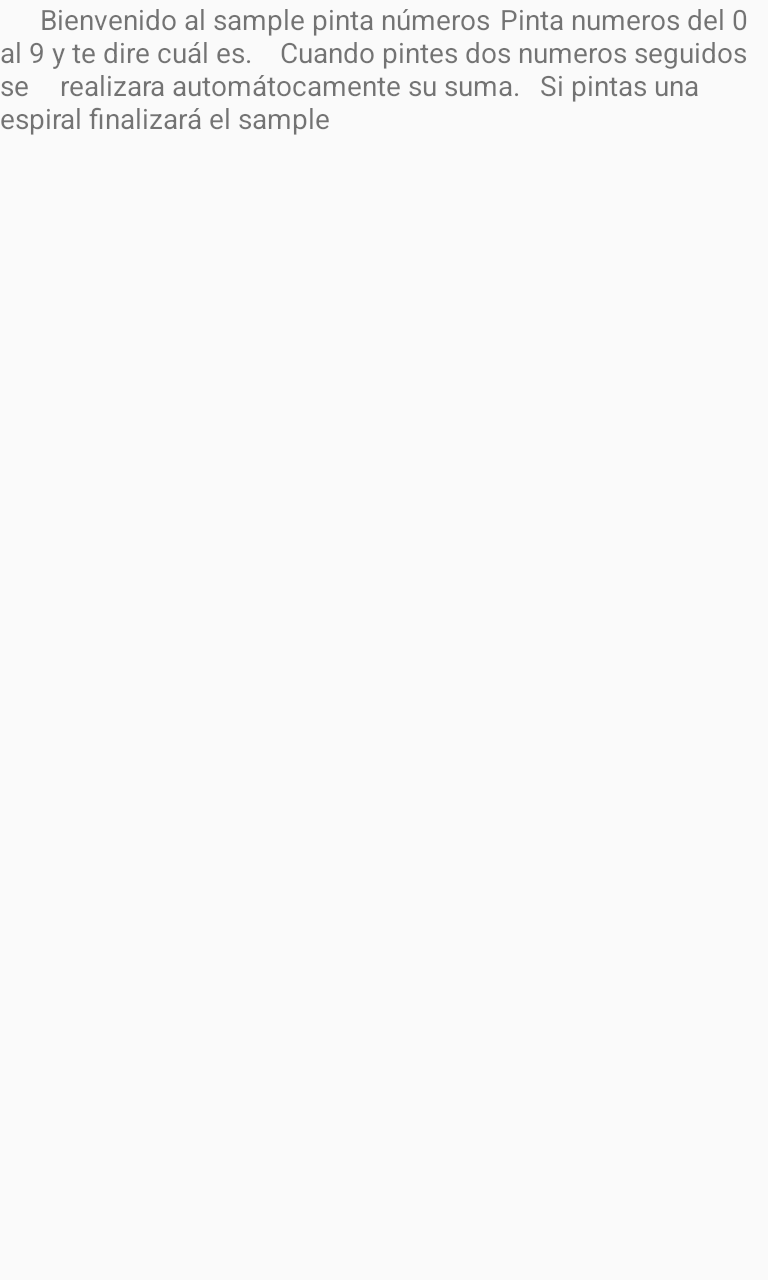
Repository: Jick9536/NPI-P3
Layout: Gesto2/res/layout/activity_main_activity2.xml
An editor plug-in stored every save of this project. The layout is shown before and after the next save, followed by the edit.
It is drawn on a 768 x 1280 px phone screen (xhdpi) without system bars, with theme AppTheme; the app's code is not run.

Above is the layout before, as saved 2015-01-03 19:02:19.

After the next save:
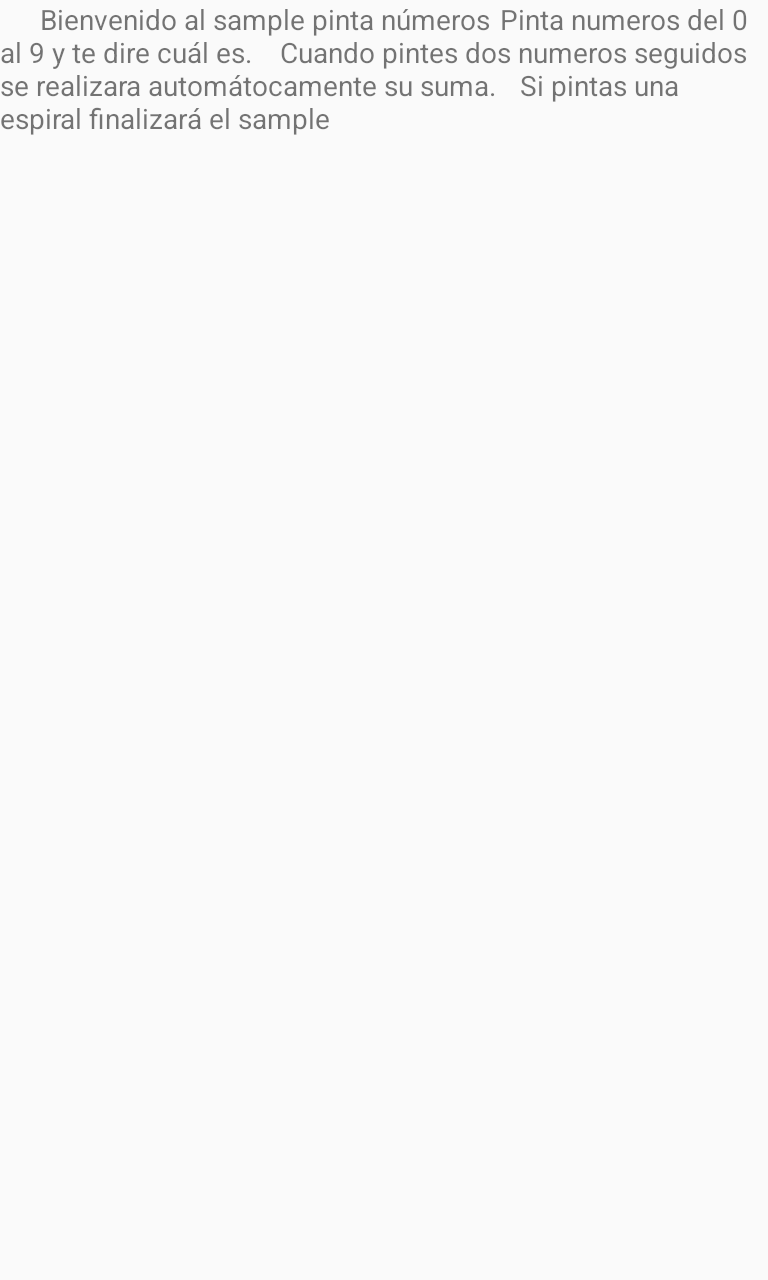
Saved 2 min 8 s later.
--- a/Gesto2/res/layout/activity_main_activity2.xml
+++ b/Gesto2/res/layout/activity_main_activity2.xml
@@ -11,8 +11,7 @@ android:layout_height="match_parent"
 android:text="
 	Bienvenido al sample pinta números
 	Pinta numeros del 0 al 9 y te dire cuál es.
-	Cuando pintes dos numeros seguidos se
-	realizara automátocamente su suma.
+	Cuando pintes dos numeros seguidos se realizara automátocamente su suma.
 	Si pintas una espiral finalizará el sample" />
 
 <android.gesture.GestureOverlayView
